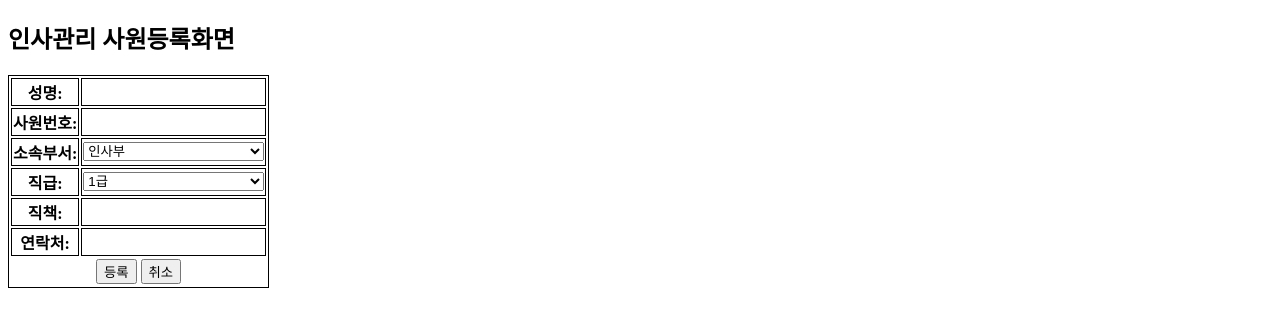
Repository: guguping/finalTestStudy
Page: http://localhost/test1/saveMemberForm.jsp
These files come from the project's save history. The page is drawn as it stood at one moment and after a run of saves; the edit follows.
The browser window is 1280 px wide. The pictures show the whole page.
The page is served by Tomcat 9.

Above is the page before, as saved 2023-07-28 04:29:22.

After the next 2 saves:
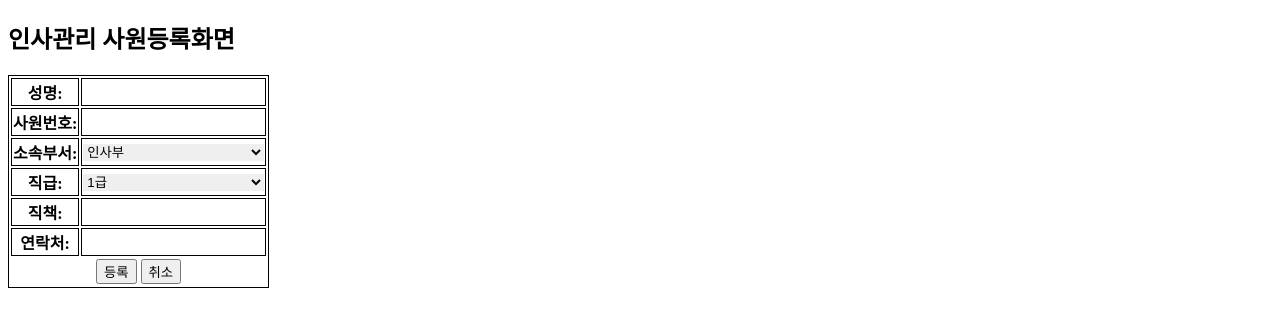
The 2 saves are shown as one change because they came seconds apart.
The last was saved 6 s later.
--- a/test1/src/main/webapp/saveMemberForm.jsp
+++ b/test1/src/main/webapp/saveMemberForm.jsp
@@ -16,6 +16,8 @@
 		outline: none;
 	}
 	select {
+		border: none;
+		outline: none;
 		width: 100%;
 		height: 100%;
 	}
